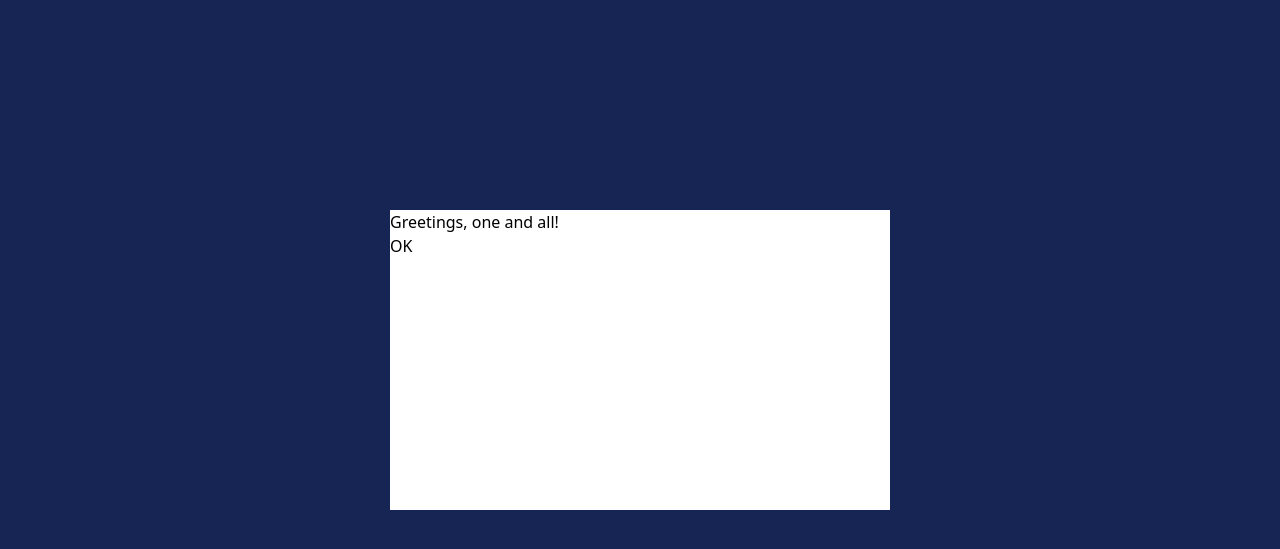
Repository: DevAntonioRogers/react-modal-with-dialog
Page: /
These files come from the project's save history. The page is drawn as it stood at one moment and after the next save; the edit follows.
The browser window is 1280 px wide. The pictures show the whole page.
The project was rebuilt for these pictures with package versions that can differ from the ones it lists, and the page was loaded fresh each time. Also part of the build but not shown: vite.config.ts.

Above is the page before, as saved 2023-05-10 12:49:28.

After the next save:
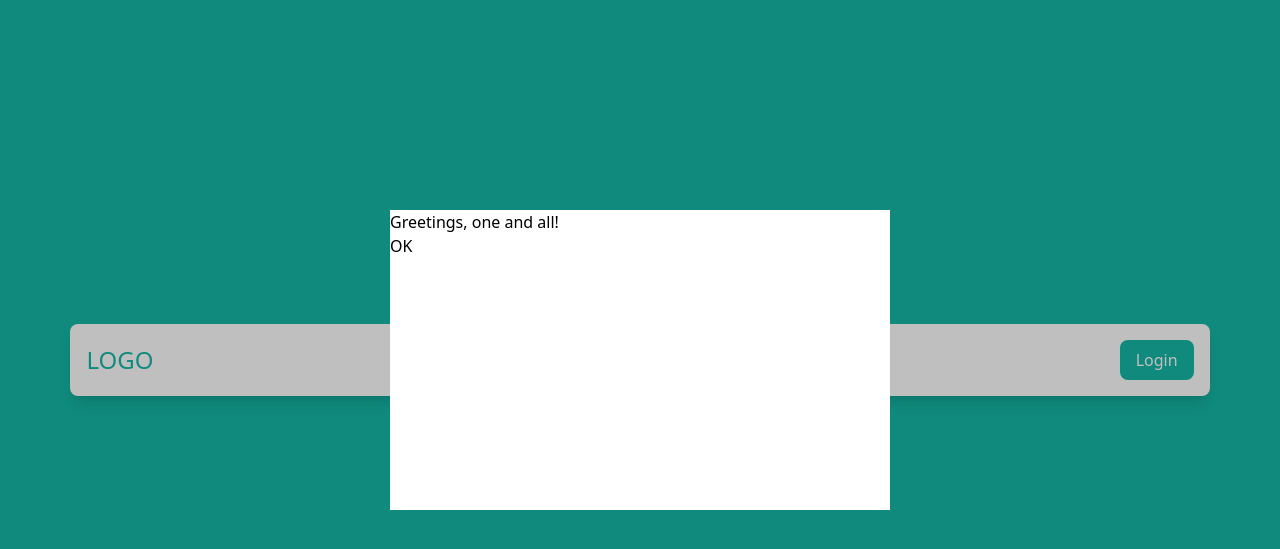
Saved 25 s later.
--- a/src/App.tsx
+++ b/src/App.tsx
@@ -39,7 +39,7 @@ function App() {
         </nav>
         <div
           onClick={() => modal.close()}
-          className="w-screen h-screen flex justify-center items-center bg-blue-950 absolute"
+          className="w-screen h-screen flex justify-center items-center bg-black/25 absolute"
         >
           <dialog ref={ref} open className="w-[500px] h-[300px]">
             <p>Greetings, one and all!</p>
